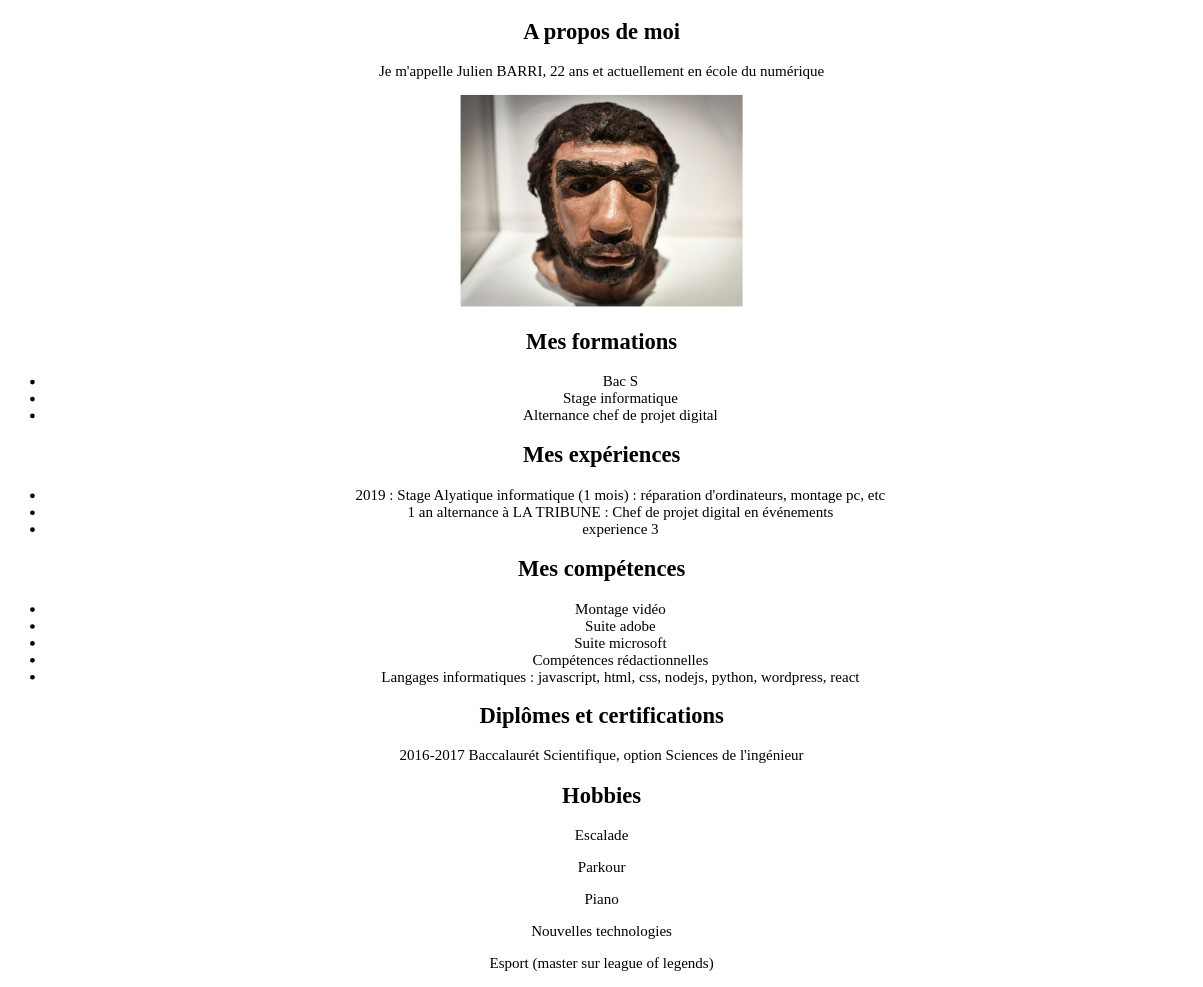
Repository: barridev/cours_devops.github.io
Page: index.html
These files come from the project's save history. The page is drawn as it stood at one moment and after the next save; the edit follows.
The browser window is 1280 px wide. The pictures show the whole page, at 94% of full size.

Above is the page before, as saved 2022-06-13 15:31:00.

After the next save:
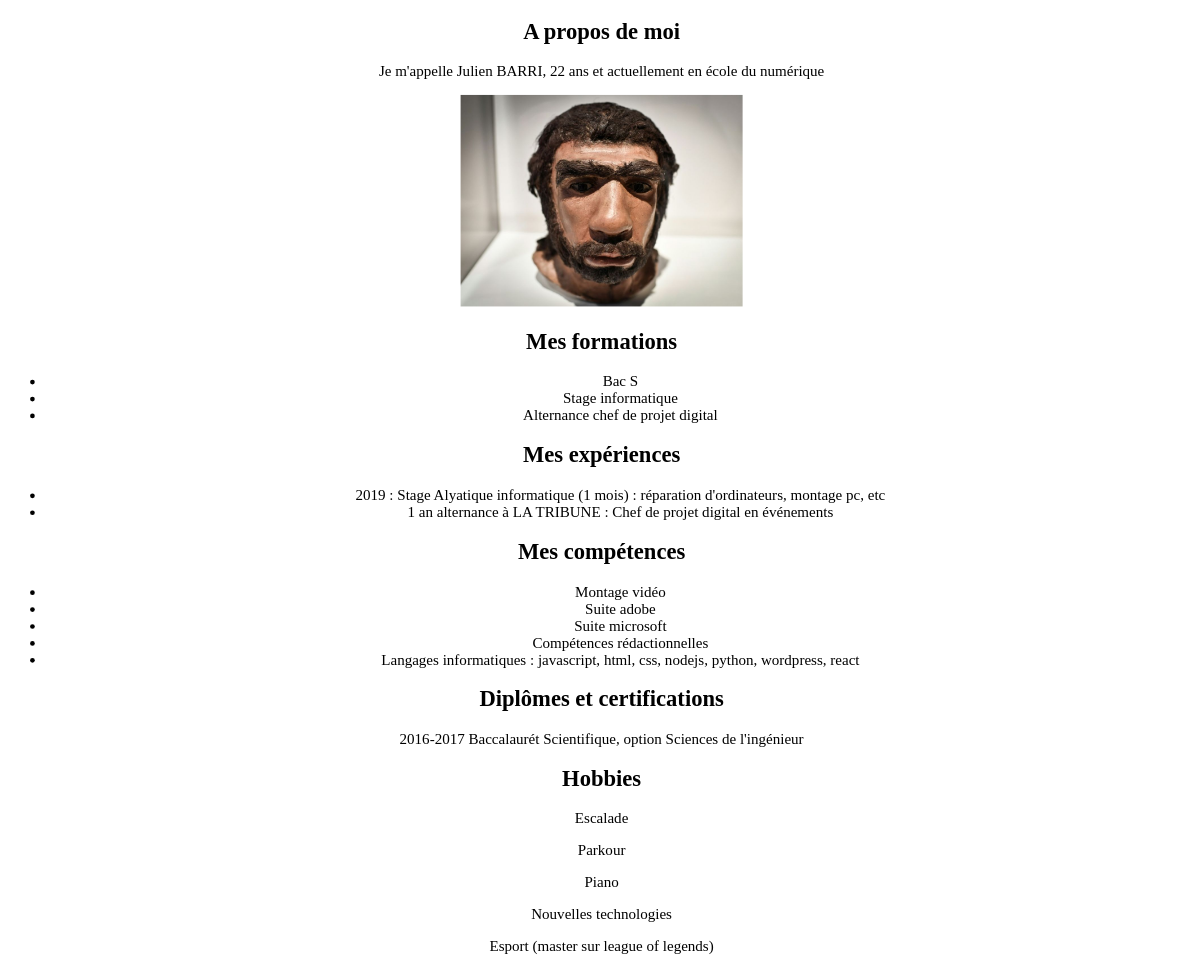
Saved 9 s later.
--- a/index.html
+++ b/index.html
@@ -36,7 +36,6 @@
             <ul>
                 <li> 2019 : Stage Alyatique informatique (1 mois) : réparation d'ordinateurs, montage pc, etc</li>
                 <li> 1 an alternance à LA TRIBUNE : Chef de projet digital en événements</li>
-                <li> experience 3</li>
             </ul>
         </div>
     </section>
